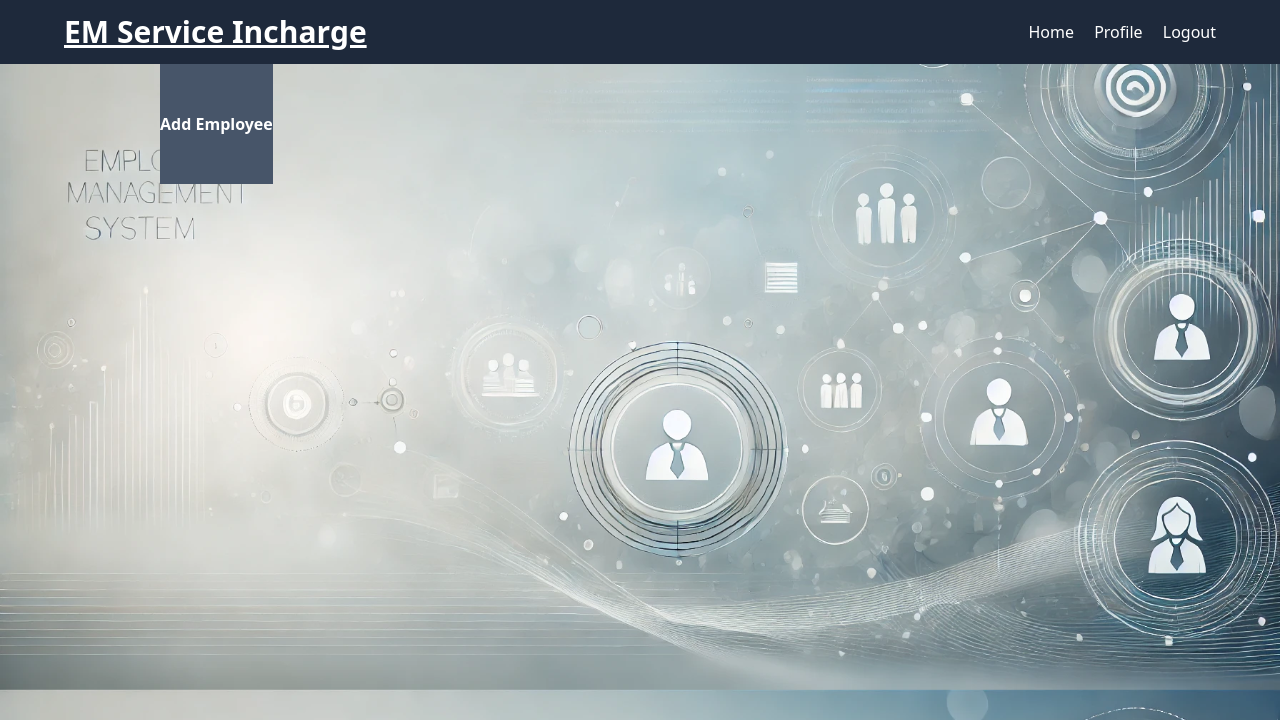
Repository: Vaibhav979/EmployeeManagement-Spring
Page: / (app in em-project-view/)
An editor plug-in stored every save of this project. The page is shown before and after a run of saves, followed by the edit.
The browser window is 1280 px wide. The pictures show the whole page.
The project was rebuilt for these pictures with package versions that can differ from the ones it lists, and the page was loaded fresh each time. Also part of the build but not shown: em-project-view/vite.config.js.

Above is the page before, as saved 2025-01-02 22:40:38.

### em-project-view/src/App.jsx
import { useState } from "react";
import "./App.css";

function App() {
  return (
    <>
      <div className="bg-slate-800 flex h-16 px-16 items-center">
        <h1 className="text-3xl font-bold underline">EM Service Incharge</h1>
        <div className="space-x-4 ml-auto">
          <a className="hover:text-blue-400" href="/">
            {" "}
            Home{" "}
          </a>
          <a className="hover:text-blue-400" href="/">
            {" "}
            Profile{" "}
          </a>
          <a className="hover:text-blue-400" href="/">
            {" "}
            Logout
          </a>
        </div>
      </div>

      <div>
        <button className="bg-slate-600 hover:bg-blue-700 mx-40 py-12 font-semibold">
          Add Employee
        </button>
      </div>
    </>
  );
}

export default App;

### em-project-view/src/App.css
/* #root {
  max-width: 1280px;
  margin: 0 auto;
  padding: 2rem;
  text-align: center;
} */

.App {
  text-align: left;
}

body {
  background-image: url(./assets/image.png);
  background-size: cover;
  background-position: center;
  color: #ffffff;
  height: 90vh;
}

Loaded but not shown: em-project-view/index.html (common file); em-project-view/src/main.jsx (common file); em-project-view/src/index.css (common file); em-project-view/tailwind.config.js (common file)

After the next 2 saves:
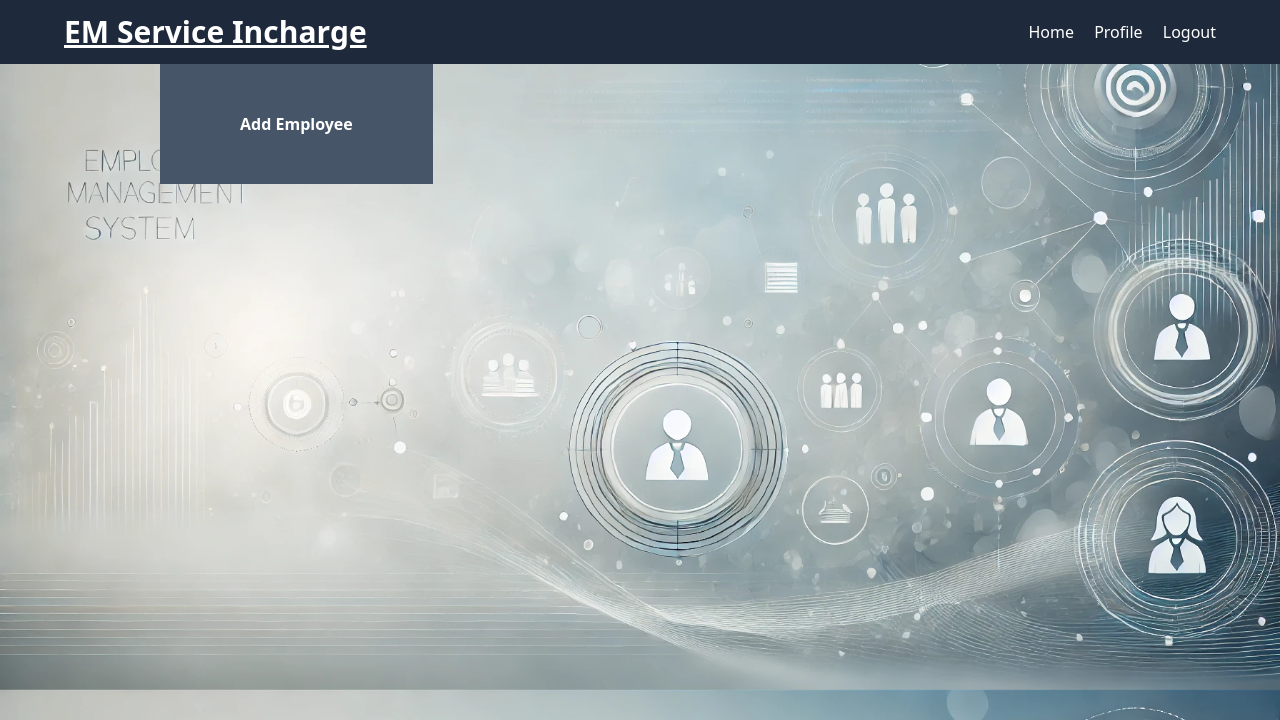
The 2 saves are shown as one change because they came seconds apart.
The last was saved 39 s later.
--- a/em-project-view/src/App.jsx
+++ b/em-project-view/src/App.jsx
@@ -23,7 +23,7 @@ function App() {
       </div>
 
       <div>
-        <button className="bg-slate-600 hover:bg-blue-700 mx-40 py-12 font-semibold">
+        <button className="bg-slate-600 hover:bg-blue-700 mx-40 py-12 font-semibold px-20 py">
           Add Employee
         </button>
       </div>
